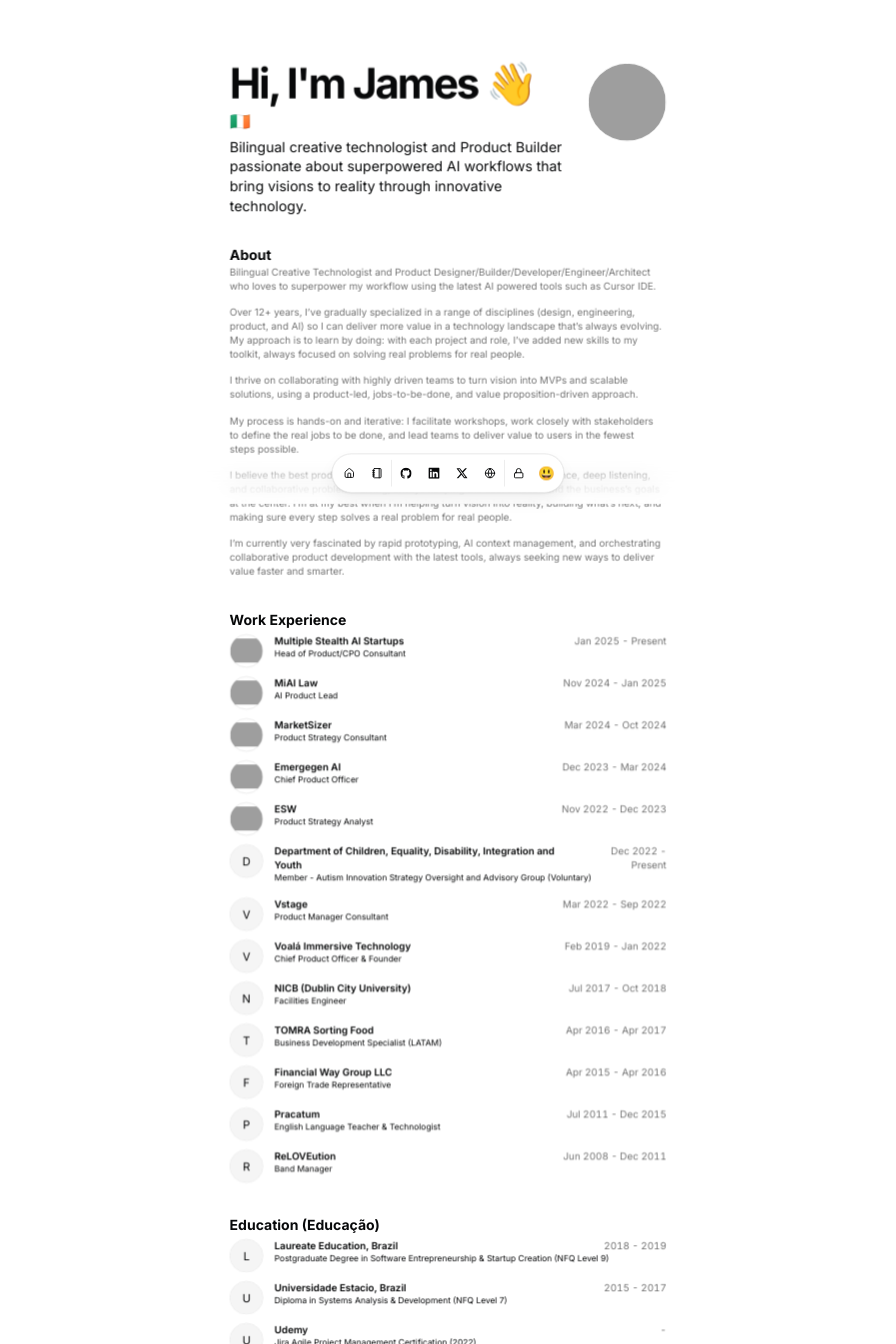
Repository: PodJamz/resume
Page: /
An editor plug-in stored every save of this project. The page is shown before and after the next save, followed by the edit.
The browser window is 1280 px wide. The pictures show the part of the page from y = 0 to 1920 px (the page is 3962 px tall before and 3789 px after), at 70% of full size.
Pictures or frames that could not be fetched are drawn as grey boxes. The project was rebuilt for these pictures with package versions that can differ from the ones it lists, and the page was loaded fresh each time. The framework's server and built-in components were replaced by stand-ins that run in the browser. Also part of the build but not shown: next.config.mjs.

Above is the page before, as saved 2025-09-22 10:51:43.

### src/app/layout.tsx
import Navbar from "@/components/navbar";
import { ThemeProvider } from "@/components/theme-provider";
import { TooltipProvider } from "@/components/ui/tooltip";
import { DATA } from "@/data/resume";
import { cn } from "@/lib/utils";
import type { Metadata } from "next";
import { Inter as FontSans } from "next/font/google";
import "./globals.css";

const fontSans = FontSans({
  subsets: ["latin"],
  variable: "--font-sans",
});

export const metadata: Metadata = {
  metadataBase: DATA.url ? new URL(DATA.url) : null,
  title: {
    default: DATA.name,
    template: `%s | ${DATA.name}`,
  },
  description: DATA.description,
  openGraph: {
    title: `${DATA.name}`,
    description: DATA.description,
    url: DATA.url,
    siteName: `${DATA.name}`,
    locale: "en_US",
    type: "website",
  },
  robots: {
    index: true,
    follow: true,
    googleBot: {
      index: true,
      follow: true,
      "max-video-preview": -1,
      "max-image-preview": "large",
      "max-snippet": -1,
    },
  },
  twitter: {
    title: `${DATA.name}`,
    card: "summary_large_image",
  },
  verification: {
    google: "",
    yandex: "",
  },
};

export default function RootLayout({
  children,
}: Readonly<{
  children: React.ReactNode;
}>) {
  return (
    <html lang="en" suppressHydrationWarning>
      <body
        className={cn(
          "min-h-screen bg-background font-sans antialiased",
          fontSans.variable
        )}
      >
        <ThemeProvider attribute="class" defaultTheme="light">
          <TooltipProvider delayDuration={0}>
            {children}
            <Navbar />
          </TooltipProvider>
        </ThemeProvider>
      </body>
    </html>
  );
}

### src/components/ui/tooltip.tsx
"use client";

import * as TooltipPrimitive from "@radix-ui/react-tooltip";
import * as React from "react";

import { cn } from "@/lib/utils";

const TooltipProvider = TooltipPrimitive.Provider;

const Tooltip = TooltipPrimitive.Root;

const TooltipTrigger = TooltipPrimitive.Trigger;

const TooltipContent = React.forwardRef<
  React.ElementRef<typeof TooltipPrimitive.Content>,
  React.ComponentPropsWithoutRef<typeof TooltipPrimitive.Content>
>(({ className, sideOffset = 4, ...props }, ref) => (
  <TooltipPrimitive.Content
    ref={ref}
    sideOffset={sideOffset}
    className={cn(
      "z-50 overflow-hidden rounded-md bg-primary px-3 py-1.5 text-xs text-primary-foreground animate-in fade-in-0 zoom-in-95 data-[state=closed]:animate-out data-[state=closed]:fade-out-0 data-[state=closed]:zoom-out-95 data-[side=bottom]:slide-in-from-top-2 data-[side=left]:slide-in-from-right-2 data-[side=right]:slide-in-from-left-2 data-[side=top]:slide-in-from-bottom-2",
      className
    )}
    {...props}
  />
));
TooltipContent.displayName = TooltipPrimitive.Content.displayName;

export { Tooltip, TooltipContent, TooltipProvider, TooltipTrigger };

### src/components/hackathon-card.tsx
import { Avatar, AvatarFallback, AvatarImage } from "@/components/ui/avatar";
import { Badge } from "@/components/ui/badge";
import Link from "next/link";

interface Props {
  title: string;
  description: string;
  dates: string;
  location: string;
  image?: string;
  links?: readonly {
    icon: React.ReactNode;
    title: string;
    href: string;
  }[];
}

export function HackathonCard({
  title,
  description,
  dates,
  location,
  image,
  links,
}: Props) {
  return (
    <li className="relative ml-10 py-4">
      <div className="absolute -left-16 top-2 flex items-center justify-center bg-white rounded-full">
        <Avatar className="border size-12 m-auto">
          <AvatarImage src={image} alt={title} className="object-contain" />
          <AvatarFallback>{title[0]}</AvatarFallback>
        </Avatar>
      </div>
      <div className="flex flex-1 flex-col justify-start gap-1">
        {dates && (
          <time className="text-xs text-muted-foreground">{dates}</time>
        )}
        <h2 className="font-semibold leading-none">{title}</h2>
        {location && (
          <p className="text-sm text-muted-foreground">{location}</p>
        )}
        {description && (
          <span className="prose dark:prose-invert text-sm text-muted-foreground">
            {description}
          </span>
        )}
      </div>
      {links && links.length > 0 && (
        <div className="mt-2 flex flex-row flex-wrap items-start gap-2">
          {links?.map((link, idx) => (
            <Link href={link.href} key={idx}>
              <Badge key={idx} title={link.title} className="flex gap-2">
                {link.icon}
                {link.title}
              </Badge>
            </Link>
          ))}
        </div>
      )}
    </li>
  );
}

### src/components/magicui/blur-fade.tsx
"use client";

import { AnimatePresence, motion, useInView, Variants } from "framer-motion";
import { useRef } from "react";

interface BlurFadeProps {
  children: React.ReactNode;
  className?: string;
  variant?: {
    hidden: { y: number };
    visible: { y: number };
  };
  duration?: number;
  delay?: number;
  yOffset?: number;
  inView?: boolean;
  inViewMargin?: string;
  blur?: string;
}
const BlurFade = ({
  children,
  className,
  variant,
  duration = 0.4,
  delay = 0,
  yOffset = 6,
  inView = false,
  inViewMargin = "-50px",
  blur = "6px",
}: BlurFadeProps) => {
  const ref = useRef(null);
  const inViewResult = useInView(ref, { once: true, margin: inViewMargin });
  const isInView = !inView || inViewResult;
  const defaultVariants: Variants = {
    hidden: { y: yOffset, opacity: 0, filter: `blur(${blur})` },
    visible: { y: -yOffset, opacity: 1, filter: `blur(0px)` },
  };
  const combinedVariants = variant || defaultVariants;
  return (
    <AnimatePresence>
      <motion.div
        ref={ref}
        initial="hidden"
        animate={isInView ? "visible" : "hidden"}
        exit="hidden"
        variants={combinedVariants}
        transition={{
          delay: 0.04 + delay,
          duration,
          ease: "easeOut",
        }}
        className={className}
      >
        {children}
      </motion.div>
    </AnimatePresence>
  );
};

export default BlurFade;

### src/components/magicui/blur-fade-text.tsx
"use client";

import { cn } from "@/lib/utils";
import { AnimatePresence, motion, Variants } from "framer-motion";
import { useMemo } from "react";

interface BlurFadeTextProps {
  text: string;
  className?: string;
  variant?: {
    hidden: { y: number };
    visible: { y: number };
  };
  duration?: number;
  characterDelay?: number;
  delay?: number;
  yOffset?: number;
  animateByCharacter?: boolean;
}
const BlurFadeText = ({
  text,
  className,
  variant,
  characterDelay = 0.03,
  delay = 0,
  yOffset = 8,
  animateByCharacter = false,
}: BlurFadeTextProps) => {
  const defaultVariants: Variants = {
    hidden: { y: yOffset, opacity: 0, filter: "blur(8px)" },
    visible: { y: -yOffset, opacity: 1, filter: "blur(0px)" },
  };
  const combinedVariants = variant || defaultVariants;
  const characters = useMemo(() => Array.from(text), [text]);

  if (animateByCharacter) {
    return (
      <div className="flex">
        <AnimatePresence>
          {characters.map((char, i) => (
            <motion.span
              key={i}
              initial="hidden"
              animate="visible"
              exit="hidden"
              variants={combinedVariants}
              transition={{
                yoyo: Infinity,
                delay: delay + i * characterDelay,
                ease: "easeOut",
              }}
              className={cn("inline-block", className)}
              style={{ width: char.trim() === "" ? "0.2em" : "auto" }}
            >
              {char}
            </motion.span>
          ))}
        </AnimatePresence>
      </div>
    );
  }

  return (
    <div className="flex">
      <AnimatePresence>
        <motion.span
          initial="hidden"
          animate="visible"
          exit="hidden"
          variants={combinedVariants}
          transition={{
            yoyo: Infinity,
            delay,
            ease: "easeOut",
          }}
          className={cn("inline-block", className)}
        >
          {text}
        </motion.span>
      </AnimatePresence>
    </div>
  );
};

export default BlurFadeText;

### src/components/project-card.tsx
import Link from "next/link";
import { Badge } from "@/components/ui/badge";

interface Props {
  title: string;
  href?: string;
  description: string;
  dates: string;
  tags: readonly string[];
  link?: string;
  image?: string | undefined;
  video?: string | undefined;
  links?: readonly {
    icon: React.ReactNode;
    type: string;
    href: string;
  }[];
  className?: string;
}

export function ProjectCard({
  title,
  href,
  description,
  dates,
  tags,
  link,
  image,
  video,
  links,
  className,
}: Props) {
  const content = (
    <div className="group relative rounded-lg border p-4 hover:bg-muted transition-colors">
      <div className="flex flex-col space-y-2">
        <div className="space-y-1">
          <h3 className="font-semibold">{title}</h3>
          <div className="text-sm text-muted-foreground">{dates}</div>
        </div>
        <div className="text-sm text-muted-foreground">
          {description}
        </div>
        {tags && tags.length > 0 && (
          <div className="mt-2 flex flex-wrap gap-1">
            {tags.map((tag) => (
              <Badge
                key={tag}
                className="px-1 py-0 text-[10px]"
                variant="secondary"
              >
                {tag}
              </Badge>
            ))}
          </div>
        )}
      </div>
    </div>
  );

  if (!href) {
    return content;
  }

  return (
    <Link href={href} target="_blank" rel="noopener noreferrer">
      {content}
    </Link>
  );
}

### src/components/ui/avatar.tsx
"use client"

import * as React from "react"
import * as AvatarPrimitive from "@radix-ui/react-avatar"

import { cn } from "@/lib/utils"

const Avatar = React.forwardRef<
  React.ElementRef<typeof AvatarPrimitive.Root>,
  React.ComponentPropsWithoutRef<typeof AvatarPrimitive.Root>
>(({ className, ...props }, ref) => (
  <AvatarPrimitive.Root
    ref={ref}
    className={cn(
      "relative flex h-10 w-10 shrink-0 overflow-hidden rounded-full",
      className
    )}
    {...props}
  />
))
Avatar.displayName = AvatarPrimitive.Root.displayName

const AvatarImage = React.forwardRef<
  React.ElementRef<typeof AvatarPrimitive.Image>,
  React.ComponentPropsWithoutRef<typeof AvatarPrimitive.Image>
>(({ className, ...props }, ref) => (
  <AvatarPrimitive.Image
    ref={ref}
    className={cn("aspect-square h-full w-full", className)}
    {...props}
  />
))
AvatarImage.displayName = AvatarPrimitive.Image.displayName

const AvatarFallback = React.forwardRef<
  React.ElementRef<typeof AvatarPrimitive.Fallback>,
  React.ComponentPropsWithoutRef<typeof AvatarPrimitive.Fallback>
>(({ className, ...props }, ref) => (
  <AvatarPrimitive.Fallback
    ref={ref}
    className={cn(
      "flex h-full w-full items-center justify-center rounded-full bg-muted",
      className
    )}
    {...props}
  />
))
AvatarFallback.displayName = AvatarPrimitive.Fallback.displayName

export { Avatar, AvatarImage, AvatarFallback }

### src/components/ui/badge.tsx
import * as React from "react"
import { cva, type VariantProps } from "class-variance-authority"

import { cn } from "@/lib/utils"

const badgeVariants = cva(
  "inline-flex items-center rounded-md border px-2.5 py-0.5 text-xs font-semibold transition-colors focus:outline-none focus:ring-2 focus:ring-ring focus:ring-offset-2",
  {
    variants: {
      variant: {
        default:
          "border-transparent bg-primary text-primary-foreground shadow hover:bg-primary/80",
        secondary:
          "border-transparent bg-secondary text-secondary-foreground hover:bg-secondary/80",
        destructive:
          "border-transparent bg-destructive text-destructive-foreground shadow hover:bg-destructive/80",
        outline: "text-foreground",
      },
    },
    defaultVariants: {
      variant: "default",
    },
  }
)

export interface BadgeProps
  extends React.HTMLAttributes<HTMLDivElement>,
    VariantProps<typeof badgeVariants> {}

function Badge({ className, variant, ...props }: BadgeProps) {
  return (
    <div className={cn(badgeVariants({ variant }), className)} {...props} />
  )
}

export { Badge, badgeVariants }

### src/components/magicui/dock.tsx
"use client";

import { cn } from "@/lib/utils";
import { cva, type VariantProps } from "class-variance-authority";
import { motion, useMotionValue, useSpring, useTransform } from "framer-motion";
import React, { PropsWithChildren, useRef } from "react";

export interface DockProps extends VariantProps<typeof dockVariants> {
  className?: string;
  magnification?: number;
  distance?: number;
  children: React.ReactNode;
}

const DEFAULT_MAGNIFICATION = 60;
const DEFAULT_DISTANCE = 140;

const dockVariants = cva(
  "mx-auto w-max h-full p-2 flex items-end rounded-full border"
);

const Dock = React.forwardRef<HTMLDivElement, DockProps>(
  (
    {
      className,
      children,
      magnification = DEFAULT_MAGNIFICATION,
      distance = DEFAULT_DISTANCE,
      ...props
    },
    ref
  ) => {
    const mousex = useMotionValue(Infinity);

    const renderChildren = () => {
      return React.Children.map(children, (child: any) => {
        if (React.isValidElement(child)) {
          return React.cloneElement(child, {
            mousex,
            magnification,
            distance,
          } as DockIconProps);
        }
        return child;
      });
    };

    return (
      <motion.div
        ref={ref}
        onMouseMove={(e) => mousex.set(e.pageX)}
        onMouseLeave={() => mousex.set(Infinity)}
        {...props}
        className={cn(dockVariants({ className }))}
      >
        {renderChildren()}
      </motion.div>
    );
  }
);

Dock.displayName = "Dock";

export interface DockIconProps {
  size?: number;
  magnification?: number;
  distance?: number;
  mousex?: any;
  className?: string;
  children?: React.ReactNode;
  props?: PropsWithChildren;
}

const DockIcon = ({
  size,
  magnification = DEFAULT_MAGNIFICATION,
  distance = DEFAULT_DISTANCE,
  mousex,
  className,
  children,
  ...props
}: DockIconProps) => {
  const ref = useRef<HTMLDivElement>(null);

  const distanceCalc = useTransform(mousex, (val: number) => {
    const bounds = ref.current?.getBoundingClientRect() ?? { x: 0, width: 0 };
    return val - bounds.x - bounds.width / 2;
  });

  let widthSync = useTransform(
    distanceCalc,
    [-distance, 0, distance],
    [40, magnification, 40]
  );

  let width = useSpring(widthSync, {
    mass: 0.1,
    stiffness: 150,
    damping: 12,
  });

  return (
    <motion.div
      ref={ref}
      style={{ width }}
      className={cn(
        "flex aspect-square cursor-pointer items-center justify-center rounded-full",
        className
      )}
      {...props}
    >
      {children}
    </motion.div>
  );
};

DockIcon.displayName = "DockIcon";

export { Dock, DockIcon, dockVariants };

### src/components/ui/button.tsx
import { Slot } from "@radix-ui/react-slot";
import { cva, type VariantProps } from "class-variance-authority";
import * as React from "react";

import { cn } from "@/lib/utils";

const buttonVariants = cva(
  "inline-flex items-center justify-center whitespace-nowrap rounded-md text-sm font-medium transition-colors focus-visible:outline-none focus-visible:ring-1 focus-visible:ring-ring disabled:pointer-events-none disabled:opacity-50",
  {
    variants: {
      variant: {
        default:
          "bg-primary text-primary-foreground shadow hover:bg-primary/90",
        destructive:
          "bg-destructive text-destructive-foreground shadow-sm hover:bg-destructive/90",
        outline:
          "border border-input bg-background shadow-sm hover:bg-accent hover:text-accent-foreground",
        secondary:
          "bg-secondary text-secondary-foreground shadow-sm hover:bg-secondary/80",
        ghost: "hover:bg-accent hover:text-accent-foreground",
        link: "text-primary underline-offset-4 hover:underline",
      },
      size: {
        default: "h-9 px-4 py-2",
        sm: "h-8 rounded-md px-3 text-xs",
        lg: "h-10 rounded-md px-8",
        icon: "h-9 w-9 rounded-full",
      },
    },
    defaultVariants: {
      variant: "default",
      size: "default",
    },
  }
);

export interface ButtonProps
  extends React.ButtonHTMLAttributes<HTMLButtonElement>,
    VariantProps<typeof buttonVariants> {
  asChild?: boolean;
}

const Button = React.forwardRef<HTMLButtonElement, ButtonProps>(
  ({ className, variant, size, asChild = false, ...props }, ref) => {
    const Comp = asChild ? Slot : "button";
    return (
      <Comp
        className={cn(buttonVariants({ variant, size, className }))}
        ref={ref}
        {...props}
      />
    );
  }
);
Button.displayName = "Button";

export { Button, buttonVariants };

### src/components/ui/separator.tsx
"use client"

import * as React from "react"
import * as SeparatorPrimitive from "@radix-ui/react-separator"

import { cn } from "@/lib/utils"

const Separator = React.forwardRef<
  React.ElementRef<typeof SeparatorPrimitive.Root>,
  React.ComponentPropsWithoutRef<typeof SeparatorPrimitive.Root>
>(
  (
    { className, orientation = "horizontal", decorative = true, ...props },
    ref
  ) => (
    <SeparatorPrimitive.Root
      ref={ref}
      decorative={decorative}
      orientation={orientation}
      className={cn(
        "shrink-0 bg-border",
        orientation === "horizontal" ? "h-[1px] w-full" : "h-full w-[1px]",
        className
      )}
      {...props}
    />
  )
)
Separator.displayName = SeparatorPrimitive.Root.displayName

export { Separator }

### src/components/ui/card.tsx
import * as React from "react";

import { cn } from "@/lib/utils";

const Card = React.forwardRef<
  HTMLDivElement,
  React.HTMLAttributes<HTMLDivElement>
>(({ className, ...props }, ref) => (
  <div
    ref={ref}
    className={cn("rounded-lg bg-card text-card-foreground", className)}
    {...props}
  />
));
Card.displayName = "Card";

const CardHeader = React.forwardRef<
  HTMLDivElement,
  React.HTMLAttributes<HTMLDivElement>
>(({ className, ...props }, ref) => (
  <div ref={ref} className={cn("flex flex-col", className)} {...props} />
));
CardHeader.displayName = "CardHeader";

const CardTitle = React.forwardRef<
  HTMLParagraphElement,
  React.HTMLAttributes<HTMLHeadingElement>
>(({ className, ...props }, ref) => (
  <h3
    ref={ref}
    className={cn(
      "text-2xl font-semibold leading-none tracking-tight",
      className
    )}
    {...props}
  />
));
CardTitle.displayName = "CardTitle";

const CardDescription = React.forwardRef<
  HTMLParagraphElement,
  React.HTMLAttributes<HTMLParagraphElement>
>(({ className, ...props }, ref) => (
  <p
    ref={ref}
    className={cn("text-sm text-muted-foreground", className)}
    {...props}
  />
));
CardDescription.displayName = "CardDescription";

const CardContent = React.forwardRef<
  HTMLDivElement,
  React.HTMLAttributes<HTMLDivElement>
>(({ className, ...props }, ref) => (
  <div
    ref={ref}
    className={cn(
      "text-pretty font-sans text-sm text-muted-foreground",
      className
    )}
    {...props}
  />
));
CardContent.displayName = "CardContent";

const CardFooter = React.forwardRef<
  HTMLDivElement,
  React.HTMLAttributes<HTMLDivElement>
>(({ className, ...props }, ref) => (
  <div
    ref={ref}
    className={cn("flex items-center pt-2", className)}
    {...props}
  />
));
CardFooter.displayName = "CardFooter";

export {
  Card,
  CardContent,
  CardDescription,
  CardFooter,
  CardHeader,
  CardTitle,
};

Loaded but not shown: src/components/theme-provider.tsx (common file); src/lib/utils.ts (common file); src/app/globals.css (common file); src/components/mode-toggle.tsx (common file); tailwind.config.ts (common file); src/app/page.tsx (331 lines, source omitted); src/components/icons.tsx (223 lines, source omitted); src/data/resume.tsx (369 lines, source omitted); src/components/ui/text-effect.tsx (216 lines, source omitted); src/components/navbar.tsx (95 lines, source omitted); src/components/resume-card.tsx (110 lines, source omitted)

After the next save:
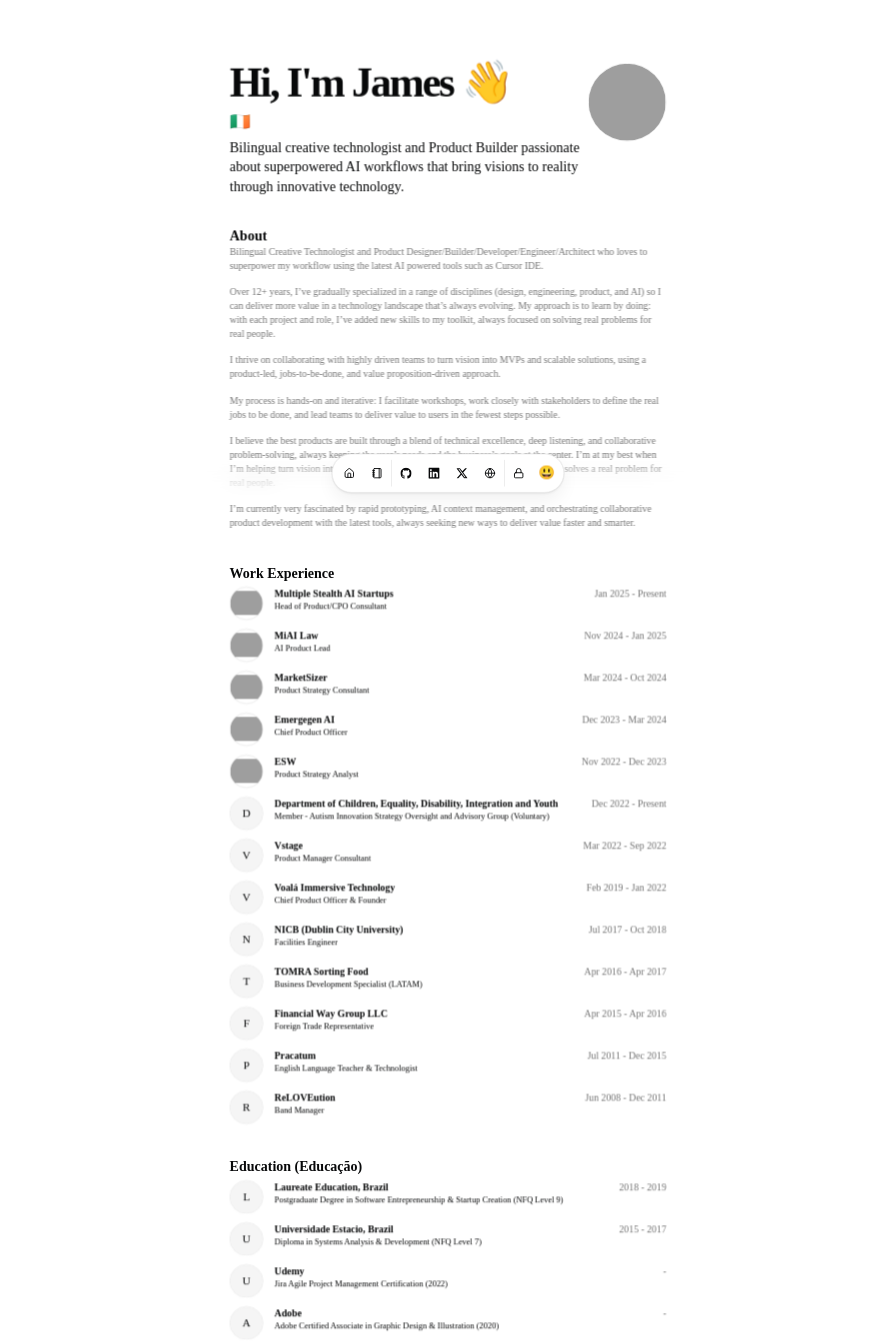
Saved 3 min 36 s later.
--- a/src/app/layout.tsx
+++ b/src/app/layout.tsx
@@ -4,13 +4,7 @@ import { TooltipProvider } from "@/components/ui/tooltip";
 import { DATA } from "@/data/resume";
 import { cn } from "@/lib/utils";
 import type { Metadata } from "next";
-import { Inter as FontSans } from "next/font/google";
 import "./globals.css";
-
-const fontSans = FontSans({
-  subsets: ["latin"],
-  variable: "--font-sans",
-});
 
 export const metadata: Metadata = {
   metadataBase: DATA.url ? new URL(DATA.url) : null,
@@ -55,12 +49,7 @@ export default function RootLayout({
 }>) {
   return (
     <html lang="en" suppressHydrationWarning>
-      <body
-        className={cn(
-          "min-h-screen bg-background font-sans antialiased",
-          fontSans.variable
-        )}
-      >
+      <body className={cn("min-h-screen bg-background font-sans antialiased")}>
         <ThemeProvider attribute="class" defaultTheme="light">
           <TooltipProvider delayDuration={0}>
             {children}
